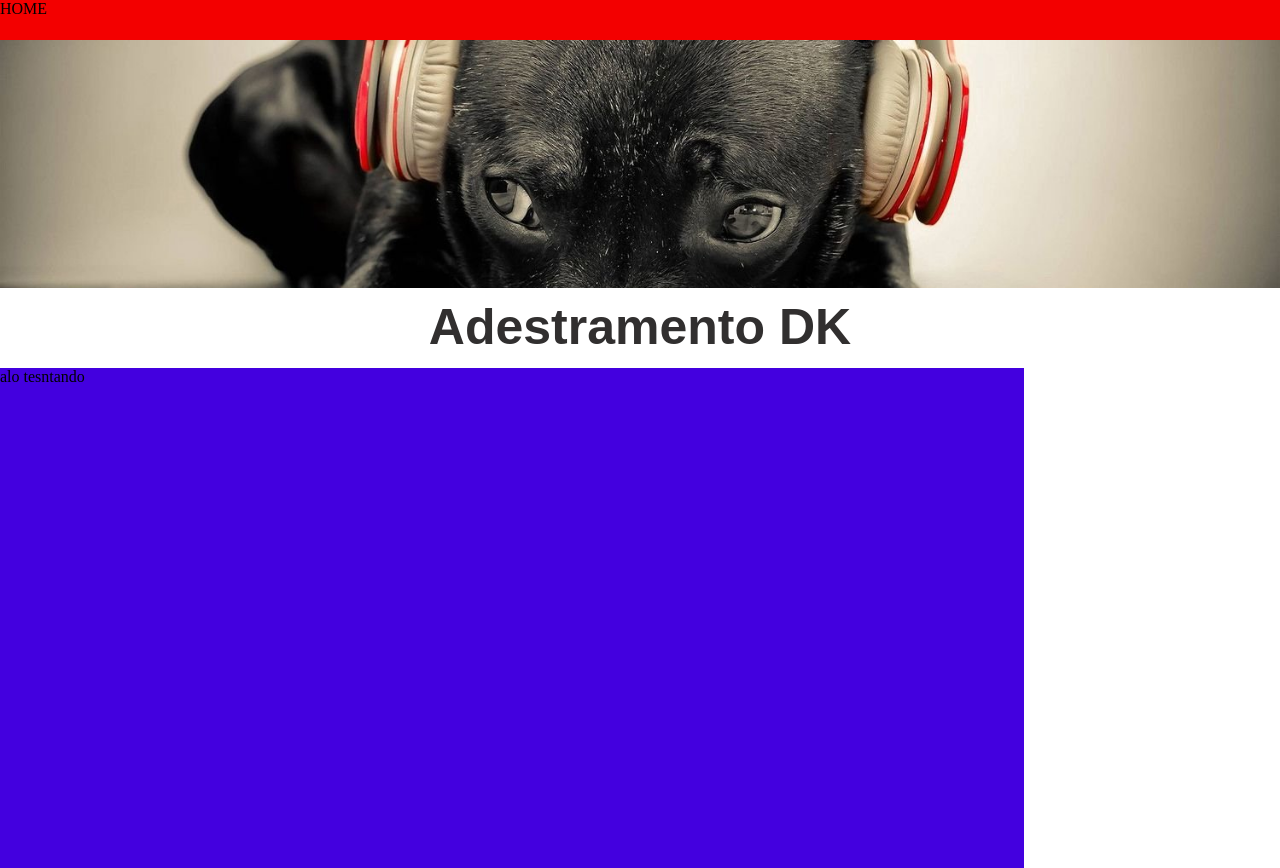
Repository: KevynMarques/Blog-React-StyledComponent
Page: /
The author's editor kept a copy of each file at every save. The page is drawn from the files as they stood at one save, then again after a run of saves.
The browser window is 1280 px wide. The pictures show the whole page.
The project was rebuilt for these pictures with package versions that can differ from the ones it lists, and the page was loaded fresh each time.

Above is the page before, as saved 2022-01-28 12:56:33.

After the next 4 saves:
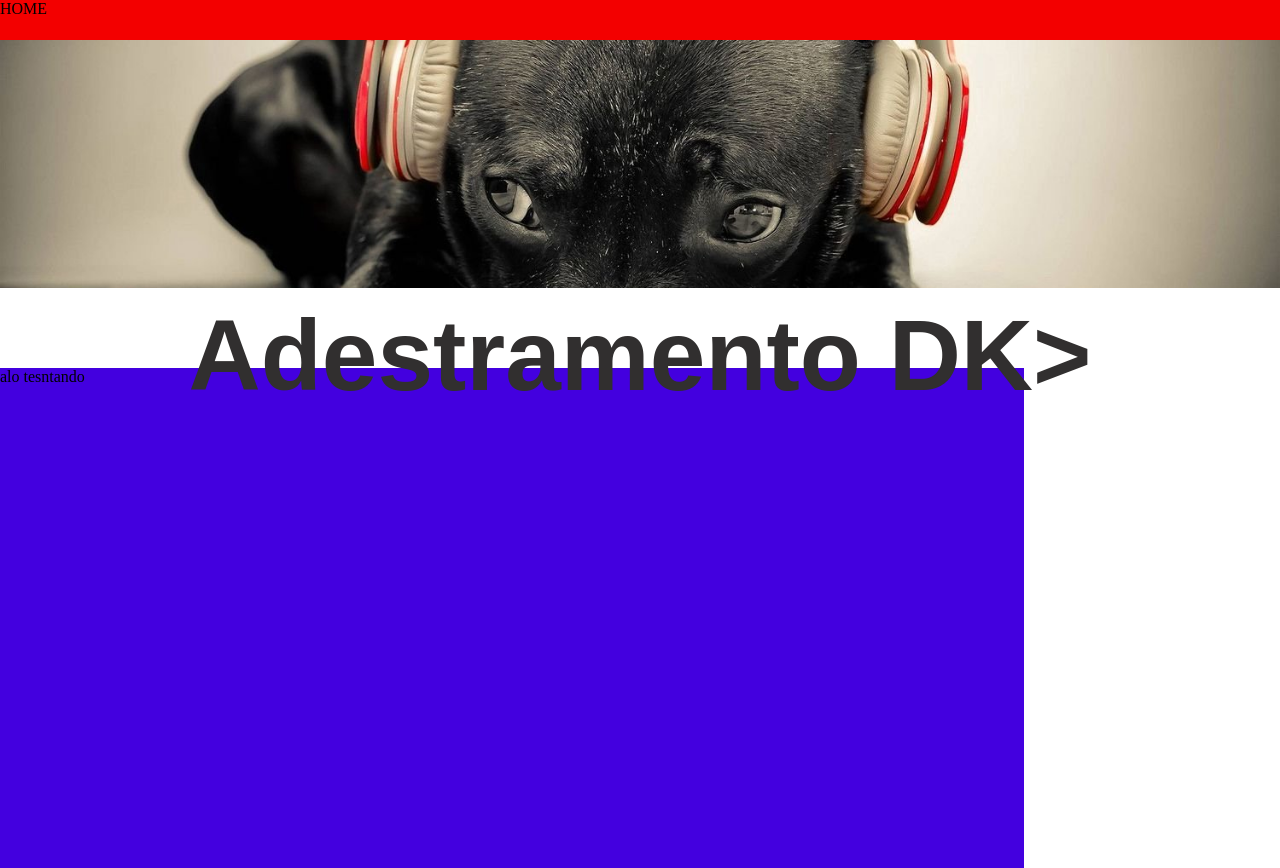
The 4 saves are shown as one change because they came seconds apart.
The last was saved 94 s later.
--- a/src/Components/Sobre/index.jsx
+++ b/src/Components/Sobre/index.jsx
@@ -4,7 +4,7 @@ export default () => {
   return (
 <>
    <Tittle>
-    Adestramento DK
+    <h1>Adestramento DK></h1>
     </Tittle>
 
 
